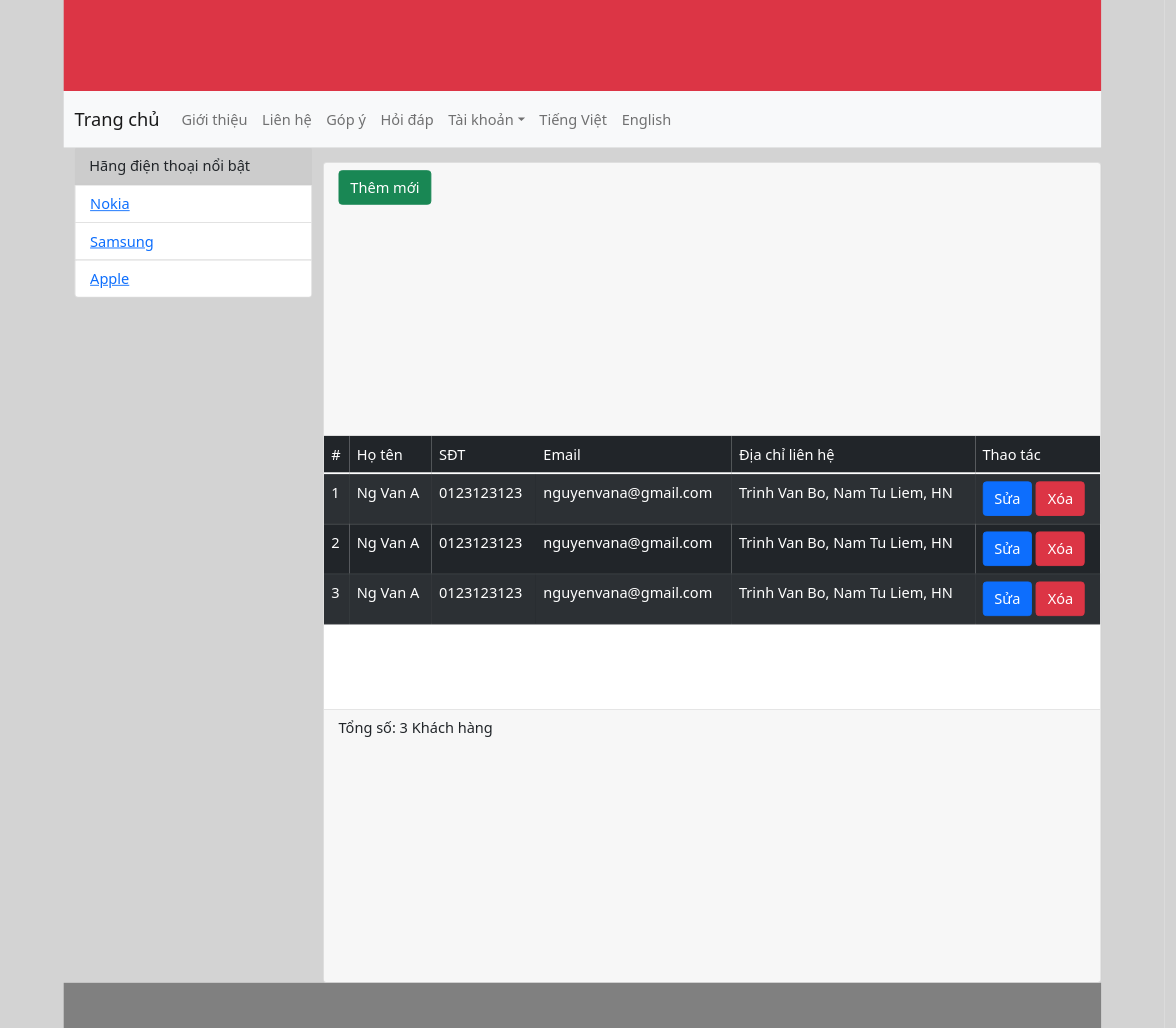
Repository: minhtu5502/fontendFamework
Page: day1 copy/demotab.html
An editor plug-in stored every save of this project. The page is shown before and after the next save, followed by the edit.
The browser window is 1280 px wide. The page is 1280 px wide, then 1292 px, then 1280 px, so the pictures cover 1292 px, including what lies to the right of the window. The pictures show the whole page, at 91% of full size.

Above is the page before, as saved 2022-01-11 14:59:31.

### day1 copy/demotab.html
<!DOCTYPE html>
<html lang="en">

<head>
    <meta charset="UTF-8">
    <meta http-equiv="X-UA-Compatible" content="IE=edge">
    <meta name="viewport" content="width=device-width, initial-scale=1.0">
    <title>IT16313</title>
    <!-- Style -->
    <link rel="stylesheet" href="css/bootstrap.min.css" />
    <link rel="stylesheet" href="css/css.css">
</head>

<body>
    <!-- Script -->
    <script src="js/jquery.min.js"></script>
    <script src="js/popper.min.js"></script>
    <script src="js/bootstrap.min.js"></script>

    <div class="container">
        <header class="row bg-danger"></header>

        <nav class="row navbar navbar-expand-lg navbar-light bg-light">
            <div class="container-fluid">
                <a class="navbar-brand" href="#">Trang chủ</a>
                <button class="navbar-toggler" type="button" data-bs-toggle="collapse"
                    data-bs-target="#navbarSupportedContent" aria-controls="navbarSupportedContent"
                    aria-expanded="false" aria-label="Toggle navigation">
                    <span class="navbar-toggler-icon"></span>
                </button>
                <div class="collapse navbar-collapse" id="navbarSupportedContent">
                    <ul class="navbar-nav me-auto mb-2 mb-lg-0">
                        <li class="nav-item">
                            <a class="nav-link " href="#">Giới thiệu</a>
                        </li>
                        <li class="nav-item">
                            <a class="nav-link" href="#">Liên hệ</a>
                        </li>
                        <li class="nav-item">
                            <a class="nav-link" href="#">Góp ý</a>
                        </li>
                        <li class="nav-item">
                            <a class="nav-link" href="#">Hỏi đáp</a>
                        </li>
                        <li class="nav-item dropdown">
                            <a class="nav-link dropdown-toggle" href="#" id="navbarDropdown" role="button"
                                data-bs-toggle="dropdown" aria-expanded="false">Tài khoản</a>
                            <ul class="dropdown-menu" aria-labelledby="navbarDropdown">
                                <li><a class="dropdown-item" href="#">Đăng nhập</a></li>
                                <li><a class="dropdown-item" href="#">Đăng ký</a></li>
                                <li><a class="dropdown-item" href="#">Quên mật khẩu</a></li>

                                <li>
                                    <hr class="dropdown-divider">
                                </li>
                                <li><a class="dropdown-item" href="#">Hồ sơ cá nhân></li>
                                <li><a class="dropdown-item" href="#">Đổi mật khẩu</a></li>
                                <li><a class="dropdown-item" href="#">Đăng xuẩ</a></li>

                                <li>
                                    <hr class="dropdown-divider">
                                </li>
                                <li><a class="dropdown-item" href="#">Đơn đặt hàng</a></li>
                            </ul>
                        </li>
                        <li class="nav-item">
                            <a class="nav-link" href="#">Tiếng Việt</a>
                        </li>
                        <li class="nav-item ">
                            <a class="nav-link  " href="#">English</a>
                        </li>
        </nav>

        <div class="row p-0">
            <aside class="col-3">
                <ul class="list-group">
                    <div class="card-header">Hãng điện thoại nổi bật</div>
                    <li class="list-group-item"><a
                            href="https://uqoojcos5nobj.vcdn.cloud/uploads/2021/11/nokia-black-300x300.jpg">Nokia</a>
                    </li>
                    <li class="list-group-item"><a
                            href="https://uqoojcos5nobj.vcdn.cloud/uploads/2021/11/nokia-black-300x300.jpg">Samsung</a>
                    </li>
                    <li class="list-group-item"><a
                            href="https://uqoojcos5nobj.vcdn.cloud/uploads/2021/11/nokia-black-300x300.jpg">Apple</a>
                    </li>
                </ul>
            </aside>
            <article class="col-12 col-md-9 p-0 pt-3">
                <div class="container p-0">
                    <div class="card">
                        <div class="card-header">
                            <button class="btn btn-success" data-bs-toggle="modal" data-bs-target="modaltarget">Thêm mới</button>
                            <div class="modal fade" tabindex="-1" id="modaltarget">
                                <form class="" action="" method="">
                                    <div class="mt-2 row">
                                        <label class="col-2">Họ tên</label>
                                        <div class="col-10">
                                            <input
                                                class="form-control"
                                                type="text"
                                                name="full_name"
                                                />
                                            <small class="text-danger">Không được để trống</small>
                                        </div>
                                    </div>

                                    <div class="mt-2 row">
                                        <label class="col-2">Email</label>
                                        <div class="col-10">
                                            <input
                                                class="form-control"
                                                type="email"
                                                name="email"
                                                />
                                        </div>
                                    </div>

                                    <div class="mt-2 row">
                                        <label class="col-2">Mật khẩu</label>
                                        <div class="col-10">
                                            <input
                                                class="form-control"
                                                type="password"
                                                name="password"
                                                />
                                        </div>
                                    </div>

                                    <div class="mt-2 row">
                                        <label class="col-2">Ảnh đại diện</label>
                                        <div class="col-10">
                                            <input
                                                class="form-control"
                                                type="file"
                                                name="avatar"
                                                />
                                        </div>
                                    </div>

                                    <div class="mt-2 row">
                                        <label class="col-2">Chuyên ngành</label>
                                        <div class="col-10">
                                            <select
                                                name="chuyen_nganh"
                                                class="form-select">
                                                <option value="udpm">UDPM</option>
                                                <option value="tktw">TKTW</option>
                                                <option value="ltmt">LTMT</option>
                                            </select>
                                        </div>
                                    </div>

                                    <div class="mt-2 row">
                                        <label class="col-2">Giới tính</label>
                                        <div class="col-10 row">
                                            <div class="col-2">
                                                <input
                                                    type="radio"
                                                    name="gioi_tinh"
                                                    value="nam"
                                                    id="gioi_tinh_nam"
                                                    class="form-check-input">
                                                <label for="gioi_tinh_nam">Nam</label>
                                            </div>
                                            <div class="col-2">
                                                <input
                                                    type="radio"
                                                    name="gioi_tinh"
                                                    value="nu"
                                                    id="gioi_tinh_nu"
                                                    class="form-check-input">
                                                <label for="gioi_tinh_nu">Nữ</label>
                                            </div>
                                        </div>
                                    </div>
                                </form>
                            </div>
                        </div>
                        <div class="table-responsive">
                            <table class="table table-striped table-dark text-nowrap">
                                <thead>
                                    <tr>
                                        <td>#</td>
                                        <td>Họ tên</td>
                                        <td>SĐT</td>
                                        <td>Email</td>
                                        <td>Địa chỉ liên hệ</td>
                                        <td colspan="2">Thao tác</td>
                                    </tr>
                                </thead>
                                <tbody>
                                    <tr>
                                        <td>1</td>
                                        <td>Ng Van A</td>
                                        <td>0123123123</td>
                                        <td>nguyenvana@gmail.com</td>
                                        <td>Trinh Van Bo, Nam Tu Liem, HN</td>
                                        <td>
                                            <button class="btn btn-primary">Sửa</button>
                                            <button class="btn btn-danger">Xóa</button>
                                        </td>
                                    </tr>
                                    <tr>
                                        <td>2</td>
                                        <td>Ng Van A</td>
                                        <td>0123123123</td>
                                        <td>nguyenvana@gmail.com</td>
                                        <td>Trinh Van Bo, Nam Tu Liem, HN</td>
                                        <td>
                                            <button class="btn btn-primary">Sửa</button>
                                            <button class="btn btn-danger">Xóa</button>
                                        </td>
                                    </tr>
                                    <tr>
                                        <td>3</td>
                                        <td>Ng Van A</td>
                                        <td>0123123123</td>
                                        <td>nguyenvana@gmail.com</td>
                                        <td>Trinh Van Bo, Nam Tu Liem, HN</td>
                                        <td>
                                            <button class="btn btn-primary">Sửa</button>
                                            <button class="btn btn-danger">Xóa</button>
                                        </td>
                                    </tr>
                                </tbody>
                            </table>
                        </div>
                        <div class="card-footer">Tổng số: 3 Khách hàng</div>
                    </div>
                </div>
            </article>
        </div>
        <footer class="row"></footer>
    </div>
</body>

</html>

### day1 copy/css/css.css
body{
    padding:0px;
    margin:0 auto;
    background-color:lightgray;
}
header{
    height:100px;
    background-color:red;
}
nav{
    line-height:30px;
    background-color:yellow;
}
.container>div>*{
    min-height:300px;
    /* background-color:blue; */
}

footer{
    height:50px;
    background-color:gray;
}

Loaded but not shown: day1 copy/css/bootstrap.min.css (library); day1 copy/js/jquery.min.js (library); day1 copy/js/popper.min.js (library); day1 copy/js/bootstrap.min.js (library)

After the next save:
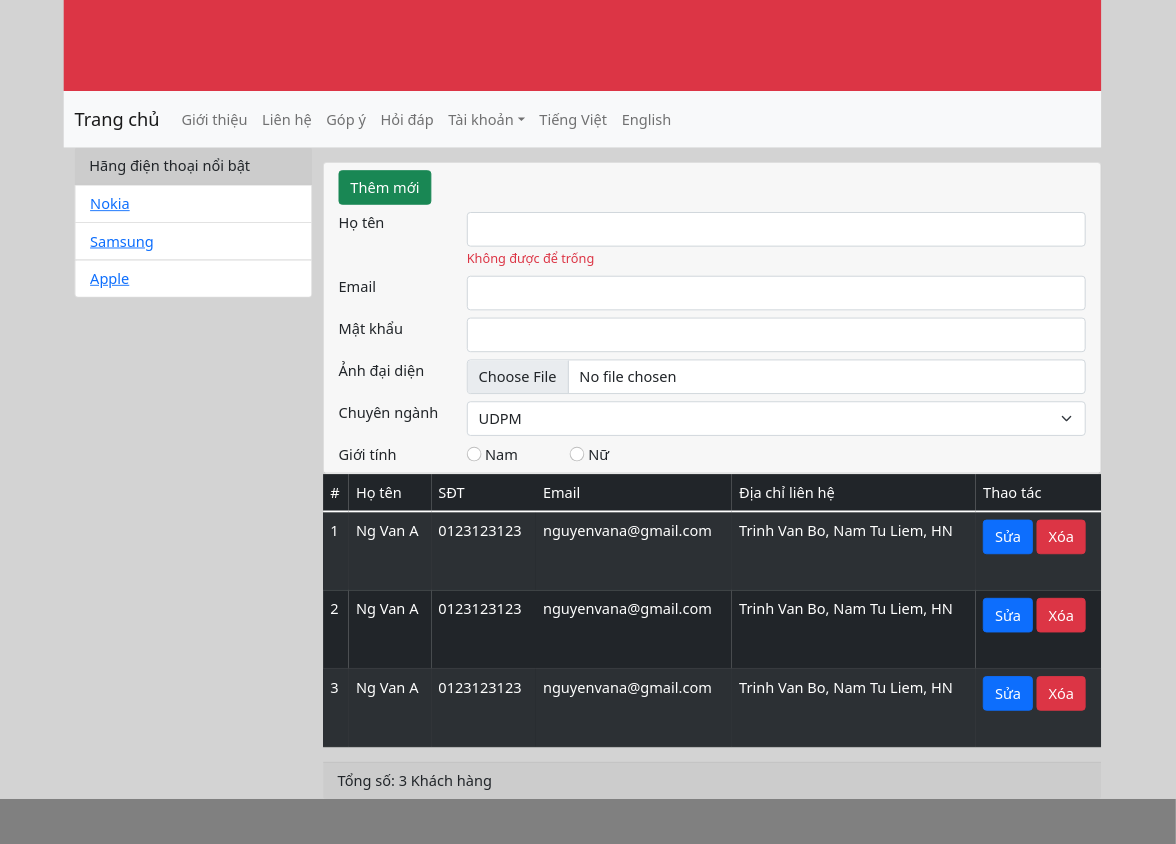
Saved 42 s later.
--- a/day1 copy/demotab.html
+++ b/day1 copy/demotab.html
@@ -91,7 +91,6 @@
                     <div class="card">
                         <div class="card-header">
                             <button class="btn btn-success" data-bs-toggle="modal" data-bs-target="modaltarget">Thêm mới</button>
-                            <div class="modal fade" tabindex="-1" id="modaltarget">
                                 <form class="" action="" method="">
                                     <div class="mt-2 row">
                                         <label class="col-2">Họ tên</label>

After the save that followed:
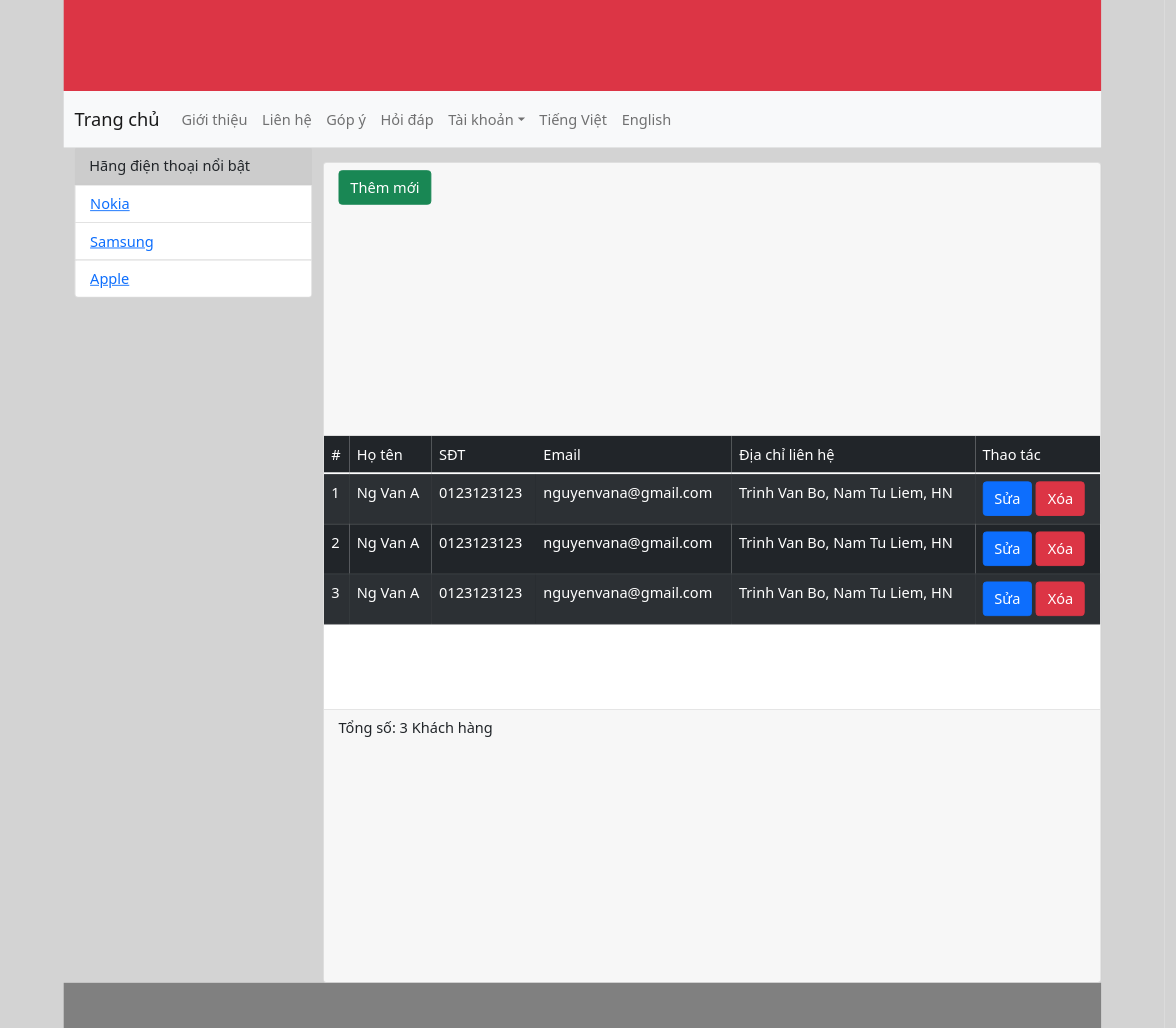
Saved 21 s later.
--- a/day1 copy/demotab.html
+++ b/day1 copy/demotab.html
@@ -91,90 +91,6 @@
                     <div class="card">
                         <div class="card-header">
                             <button class="btn btn-success" data-bs-toggle="modal" data-bs-target="modaltarget">Thêm mới</button>
-                                <form class="" action="" method="">
-                                    <div class="mt-2 row">
-                                        <label class="col-2">Họ tên</label>
-                                        <div class="col-10">
-                                            <input
-                                                class="form-control"
-                                                type="text"
-                                                name="full_name"
-                                                />
-                                            <small class="text-danger">Không được để trống</small>
-                                        </div>
-                                    </div>
-
-                                    <div class="mt-2 row">
-                                        <label class="col-2">Email</label>
-                                        <div class="col-10">
-                                            <input
-                                                class="form-control"
-                                                type="email"
-                                                name="email"
-                                                />
-                                        </div>
-                                    </div>
-
-                                    <div class="mt-2 row">
-                                        <label class="col-2">Mật khẩu</label>
-                                        <div class="col-10">
-                                            <input
-                                                class="form-control"
-                                                type="password"
-                                                name="password"
-                                                />
-                                        </div>
-                                    </div>
-
-                                    <div class="mt-2 row">
-                                        <label class="col-2">Ảnh đại diện</label>
-                                        <div class="col-10">
-                                            <input
-                                                class="form-control"
-                                                type="file"
-                                                name="avatar"
-                                                />
-                                        </div>
-                                    </div>
-
-                                    <div class="mt-2 row">
-                                        <label class="col-2">Chuyên ngành</label>
-                                        <div class="col-10">
-                                            <select
-                                                name="chuyen_nganh"
-                                                class="form-select">
-                                                <option value="udpm">UDPM</option>
-                                                <option value="tktw">TKTW</option>
-                                                <option value="ltmt">LTMT</option>
-                                            </select>
-                                        </div>
-                                    </div>
-
-                                    <div class="mt-2 row">
-                                        <label class="col-2">Giới tính</label>
-                                        <div class="col-10 row">
-                                            <div class="col-2">
-                                                <input
-                                                    type="radio"
-                                                    name="gioi_tinh"
-                                                    value="nam"
-                                                    id="gioi_tinh_nam"
-                                                    class="form-check-input">
-                                                <label for="gioi_tinh_nam">Nam</label>
-                                            </div>
-                                            <div class="col-2">
-                                                <input
-                                                    type="radio"
-                                                    name="gioi_tinh"
-                                                    value="nu"
-                                                    id="gioi_tinh_nu"
-                                                    class="form-check-input">
-                                                <label for="gioi_tinh_nu">Nữ</label>
-                                            </div>
-                                        </div>
-                                    </div>
-                                </form>
-                            </div>
                         </div>
                         <div class="table-responsive">
                             <table class="table table-striped table-dark text-nowrap">
